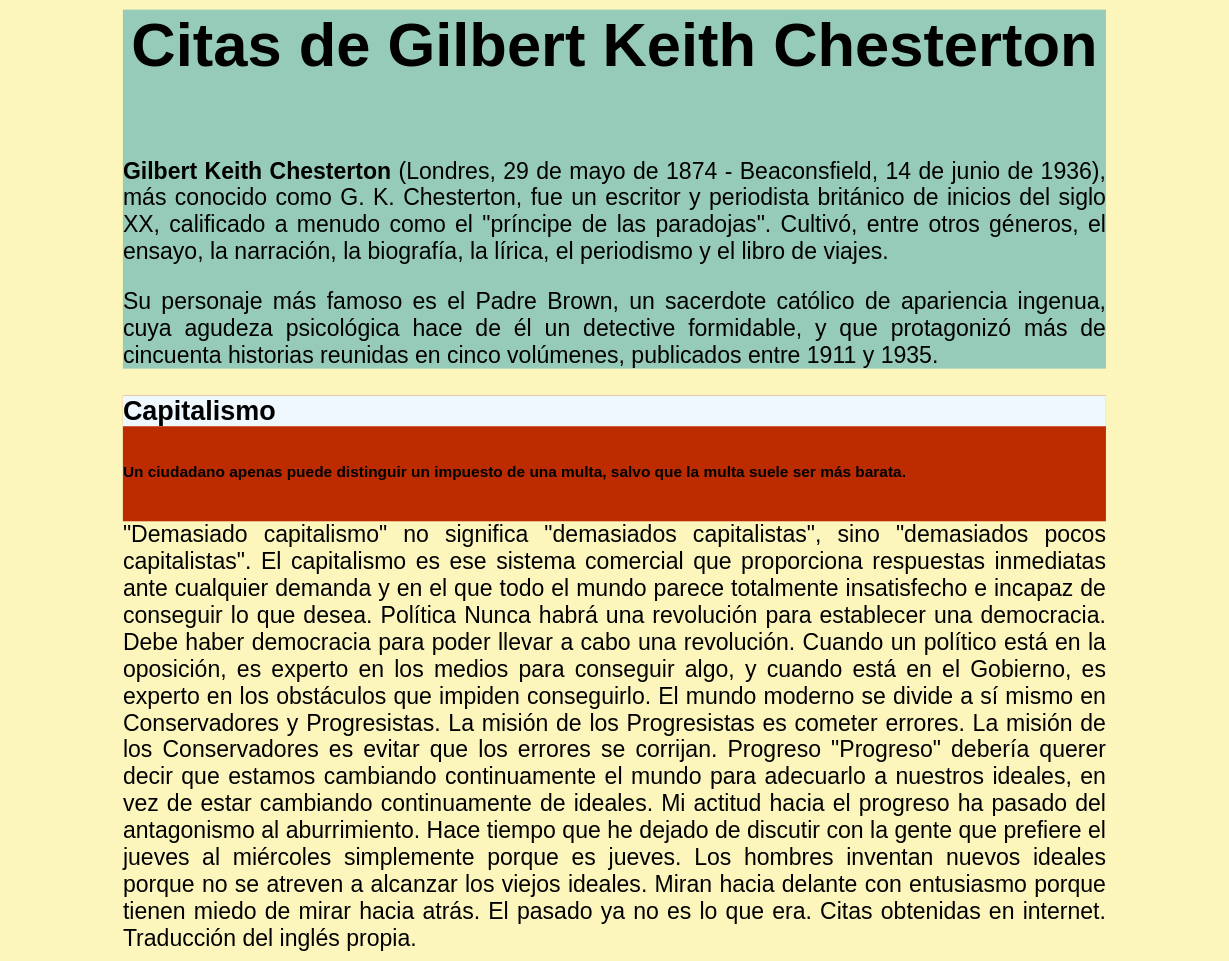
Repository: EmilyMachuca-Developer/Advanced-Programming-Projects
Page: index.html
These files come from the project's save history. The page is drawn as it stood at one moment and after the next save; the edit follows.
The browser window is 1280 px wide. The pictures show the whole page, at 96% of full size.

Above is the page before, as saved 2024-02-26 20:29:33.

### index.html
<html lang="es">
<head>
<meta charset="utf-8">
<link rel="stylesheet" href="Taller 2/css/style.css">
<title>Emily Machuca</title>
</head>

<body>
    <div style="background-color: rgb(150, 202, 185);">
        <h1>Citas de Gilbert Keith Chesterton</h1> <br><br>
        <p><strong>Gilbert Keith Chesterton</strong> (Londres, 29 de mayo de 1874 - Beaconsfield, 14 de junio de 1936), más conocido como G. K. Chesterton, fue un escritor y periodista británico de inicios del siglo XX, calificado a menudo como el "príncipe de las paradojas". Cultivó, entre otros géneros, el ensayo, la narración, la biografía, la lírica, el periodismo y el libro de viajes.</p>
        <p>Su personaje más famoso es el Padre Brown, un sacerdote católico de apariencia ingenua, cuya agudeza psicológica hace de él un detective formidable, y que protagonizó más de cincuenta historias reunidas en cinco volúmenes, publicados entre 1911 y 1935.</p>
    </div>
<section><div style="background-color: aliceblue;"><h3>Capitalismo</h3></div>

    <div><h6>Un ciudadano apenas puede distinguir un impuesto de una multa, salvo que la multa suele ser más barata.</h8></div></section>



"Demasiado capitalismo" no significa "demasiados capitalistas", sino "demasiados pocos capitalistas".

El capitalismo es ese sistema comercial que proporciona respuestas inmediatas ante cualquier demanda y en el que todo el mundo parece totalmente insatisfecho e incapaz de conseguir lo que desea.

Política

Nunca habrá una revolución para establecer una democracia. Debe haber democracia para poder llevar a cabo una revolución.

Cuando un político está en la oposición, es experto en los medios para conseguir algo, y cuando está en el Gobierno, es experto en los obstáculos que impiden conseguirlo.

El mundo moderno se divide a sí mismo en Conservadores y Progresistas. La misión de los Progresistas es cometer errores. La misión de los Conservadores es evitar que los errores se corrijan.

Progreso

"Progreso" debería querer decir que estamos cambiando continuamente el mundo para adecuarlo a nuestros ideales, en vez de estar cambiando continuamente de ideales.

Mi actitud hacia el progreso ha pasado del antagonismo al aburrimiento. Hace tiempo que he dejado de discutir con la gente que prefiere el jueves al miércoles simplemente porque es jueves.

Los hombres inventan nuevos ideales porque no se atreven a alcanzar los viejos ideales. Miran hacia delante con entusiasmo porque tienen miedo de mirar hacia atrás.

El pasado ya no es lo que era.

Citas obtenidas en internet. Traducción del inglés propia.
</body>
</html>

### Taller 2/css/style.css
body {
    margin: 10px 10%;
    background-color: fcf6bd;
    font-family: sans-serif;
    font-size: 1.5rem;
    text-align: justify;
  }

  header {
    padding: 0 10px;
    background-color: hwb(0 94% 6% / 0.767);
  }

  h1 {
    margin: 0;
    font-size: 4rem;
    text-align: center;
  }

  main {
    display: block;
    border: white 2px solid;
    padding: 10px;
  }

  section {
    padding-bottom: 5px;
    background-color: hwb(14 0% 26%)
  }

  section + section {
    margin-top: 40px;
  }

  h2 {
    margin: 0;
    padding-left: 10px;
    background-color: white;
  }

  section p {
    border: hwb(16 45% 27%)10px solid;
    margin: 20px 10%;
    padding: 10px;
    color: white;
    line-height: 200%;
  }

  footer {
    border-top: black 5px solid;
    margin: 20px 0;
    padding: 0 10px;
    background-color: hwb(15 50% 40%);
    font-size: 1.2rem;
  }

After the next save:
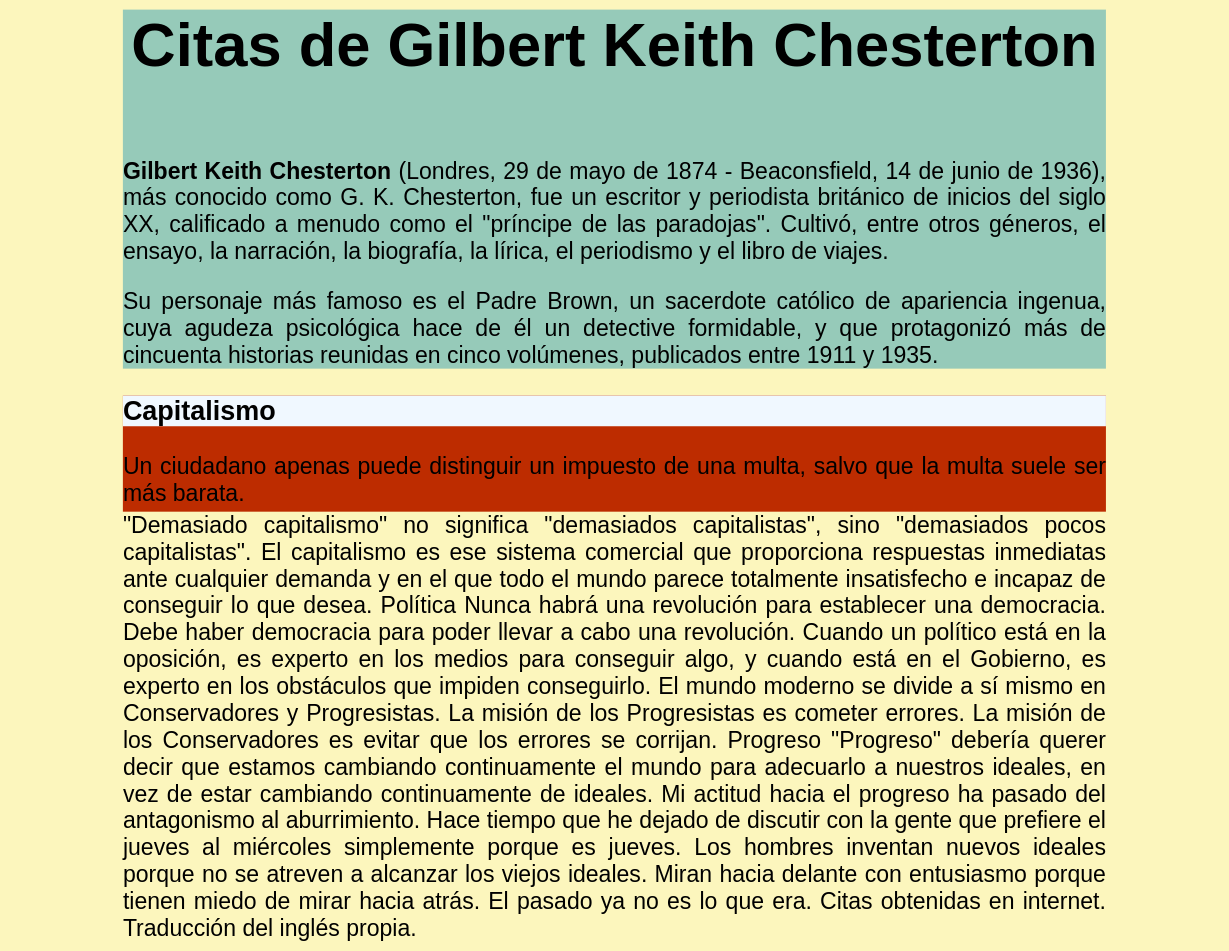
Saved 7 s later.
--- a/index.html
+++ b/index.html
@@ -13,7 +13,7 @@
     </div>
 <section><div style="background-color: aliceblue;"><h3>Capitalismo</h3></div>
 
-    <div><h6>Un ciudadano apenas puede distinguir un impuesto de una multa, salvo que la multa suele ser más barata.</h8></div></section>
+    <div><h8>Un ciudadano apenas puede distinguir un impuesto de una multa, salvo que la multa suele ser más barata.</h8></div></section>
 
 
 
